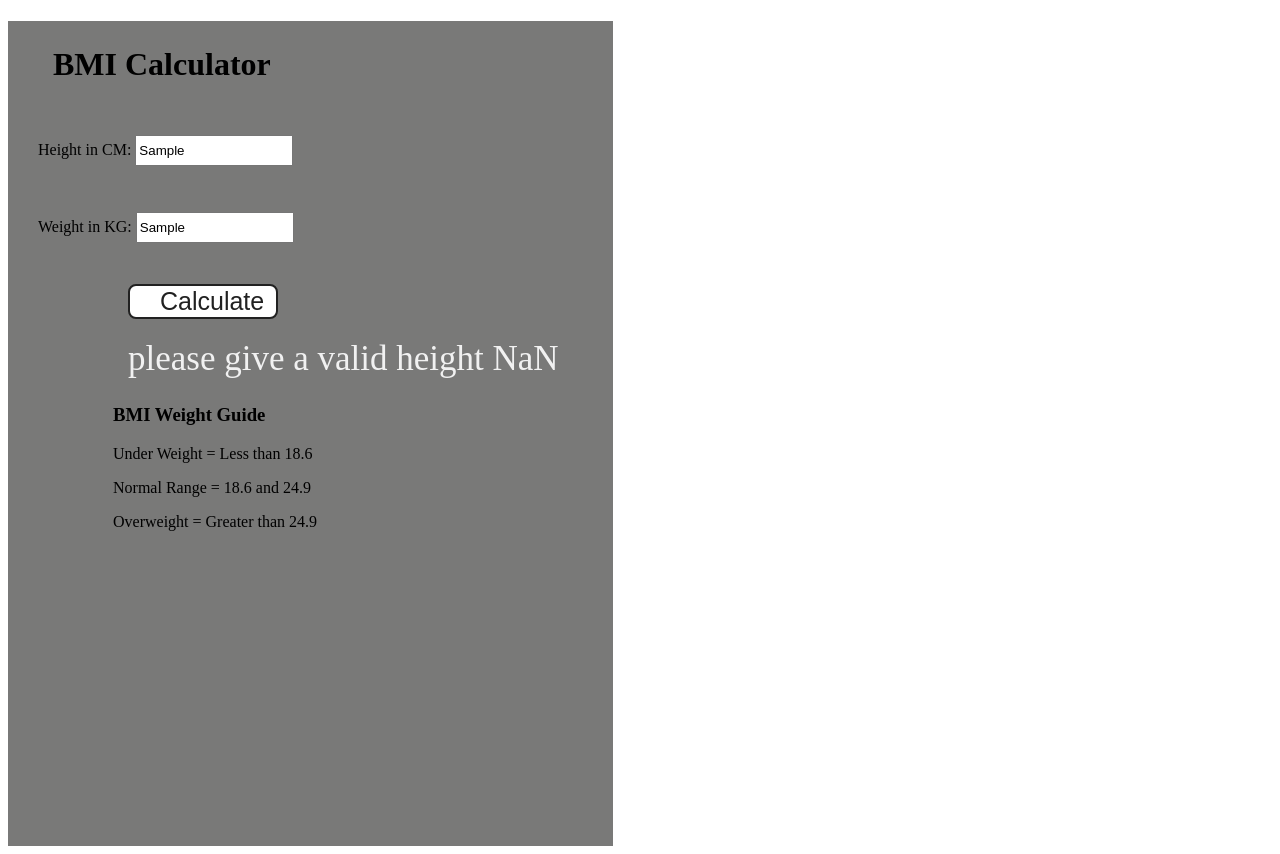
Repository: VishwaGoswami1407/JavaScript-Practice
Page: 07_projects/project2.html
An editor plug-in stored every save of this project. The page is shown before and after a run of saves, followed by the edit.
The browser window is 1280 px wide. The pictures show the whole page.
Empty fields were first filled with sample values (such as "Sample", 5 or name@example.com).
After loading, the first visible `form` was submitted once.

Above is the page before, as saved 2024-07-07 18:32:41.

### 07_projects/project2.html
<!DOCTYPE html>
<html lang="en">
  <head>
    <meta charset="UTF-8" />
    <meta name="viewport" content="width=device-width, initial-scale=1.0" />
    <meta http-equiv="X-UA-Compatible" content="ie=edge" />
    <link rel="stylesheet" href="style2.css" />

    <title>BMI Calculator</title>
  </head>
  <body>
    <div class="container">
      <h1>BMI Calculator</h1>
      <form>
        <p><label>Height in CM: </label><input type="text" id="height" /></p>
        <p><label>Weight in KG: </label><input type="text" id="weight" /></p>
        <button>Calculate</button>
        <div id="results"></div>
        <div id="weight-guide">
          <h3>BMI Weight Guide</h3>
          <p>Under Weight = Less than 18.6</p>
          <p>Normal Range = 18.6 and 24.9</p>
          <p>Overweight = Greater than 24.9</p>
        </div>
      </form>
    </div>
  </body>
  <script src="project2.js"></script>
</html>

### 07_projects/style2.css
.container {
    width: 575px;
    height: 825px;

    background-color: #797978;
    padding-left: 30px;
  }
  #height,
  #weight {
    width: 150px;
    height: 25px;
    margin-top: 30px;
  }

  #weight-guide {
    margin-left: 75px;
    margin-top: 25px;
  }

  #results {
    font-size: 35px;
    margin-left: 90px;
    margin-top: 20px;
    color: rgb(241, 241, 241);
  }

  button {
    width: 150px;
    height: 35px;
    margin-left: 90px;
    margin-top: 25px;
    background-color: #fff;
    padding: 1px 30px;
    border-radius: 8px;
    color: #212121;
    text-decoration: none;
    border: 2px solid #212121;

    font-size: 25px;
  }

  h1 {
    padding-left: 15px;
    padding-top: 25px;

  }

### 07_projects/project2.js
const form = document.querySelector('form')

//this usecase will give empty values in form elements
// const height = parseInt(document.querySelector('#height').value)
form.addEventListener('submit', function(e){
    e.preventDefault()
  const height = parseInt(document.querySelector('#height').value)
  const weight = parseInt(document.querySelector('#weight').value)
  const results = document.querySelector('#results')

  if(height === '' || height < 0 || isNaN(height)){
    results.innerHTML = `please give a valid height ${height}`
  }

})

After the next 2 saves:
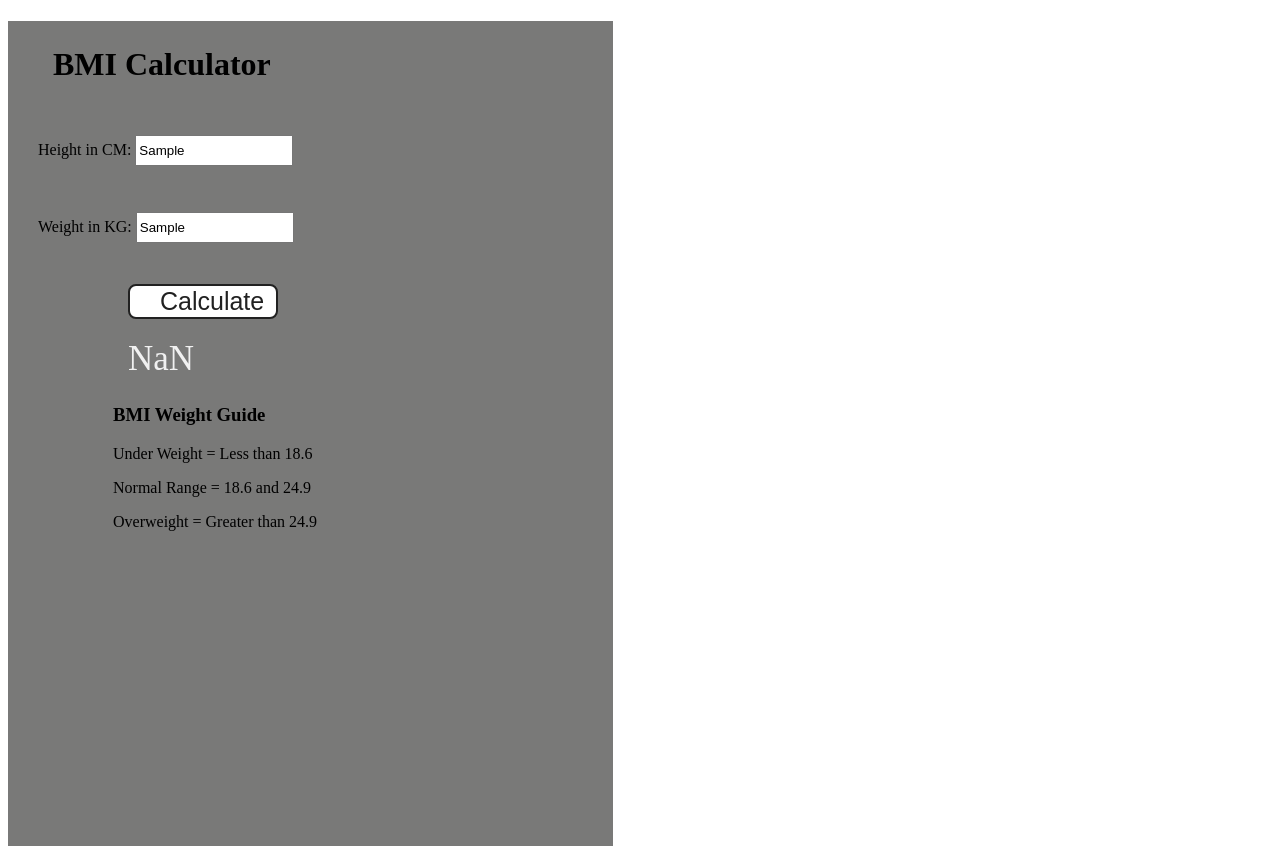
The 2 saves are shown as one change because they came seconds apart.
The last was saved 90 s later.
--- a/07_projects/project2.js
+++ b/07_projects/project2.js
@@ -11,5 +11,6 @@
   if(height === '' || height < 0 || isNaN(height)){
     results.innerHTML = `please give a valid height ${height}`
   }
+  results.innerHTML = `${height}`
 
 })

After the save that followed:
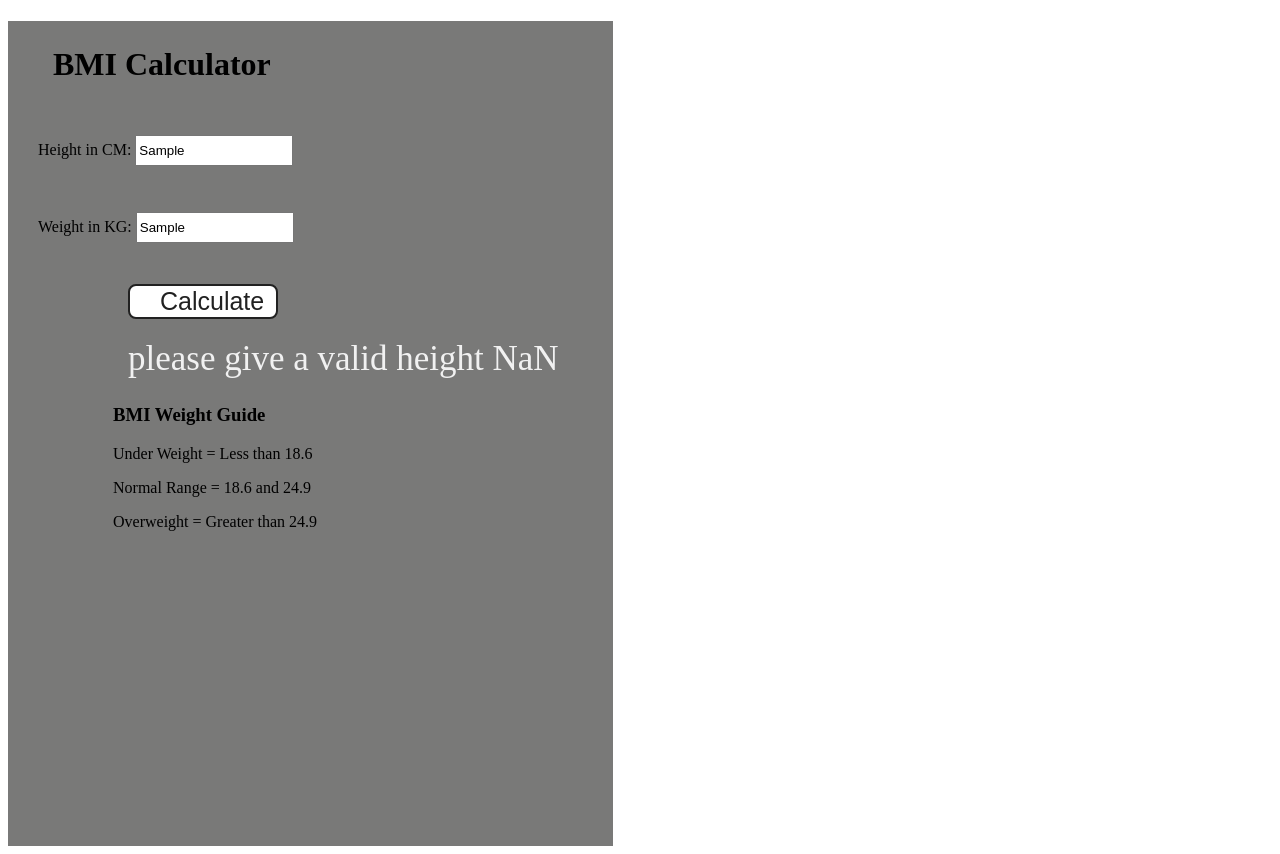
Saved 2 min 24 s later.
--- a/07_projects/project2.js
+++ b/07_projects/project2.js
@@ -11,6 +11,10 @@
   if(height === '' || height < 0 || isNaN(height)){
     results.innerHTML = `please give a valid height ${height}`
   }
-  results.innerHTML = `${height}`
+  if(weight === '' || weight < 0 || isNaN(weight)){
+    results.innerHTML = `please give a valid height ${weight}`
+  }
+//   results.innerHTML = `${height}`
+
 
 })
